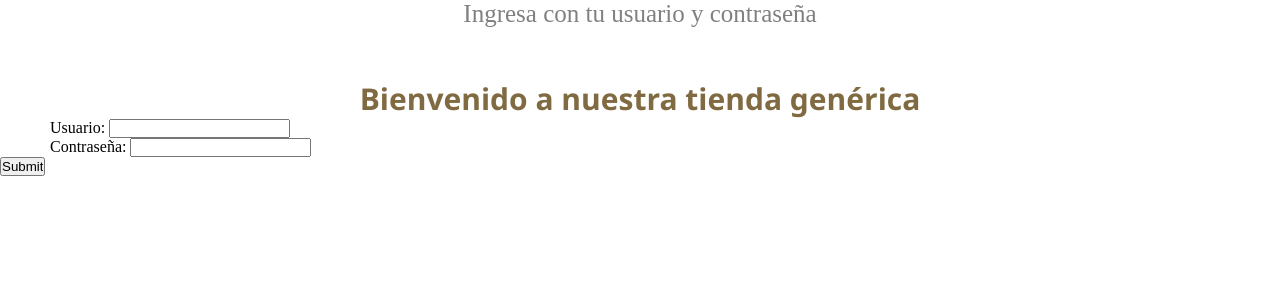
Repository: andresrojas686/tiendaGenericaMintic
Page: primerJSP/src/main/webapp/index.html
These files come from the project's save history. The page is drawn as it stood at one moment and after the next save; the edit follows.
The browser window is 1280 px wide. The pictures show the whole page.

Above is the page before, as saved 2021-09-15 01:21:45.

### primerJSP/src/main/webapp/index.html
<!DOCTYPE html>
<html>
<head>
<meta charset="ISO-8859-1">
<link rel="stylesheet" href="style/styles.css">
<title>Tienda generica</title>
</head>
<body>
	<div class="border-top border-bottom py-3">
		<p class="ingresa">Ingresa con tu usuario y contraseña</p>
    </div>
	<h1 class="titulo-tienda">Bienvenido a nuestra tienda genérica</h1>
	<form action="comprobarUsuario.jsp" method="post">
		<div>
			<label>Usuario: </label>
			<input type="text" name="usuario">
		</div>
		<div>
			<label>Contraseña: </label>
			<input type="password" name="pass">
		</div>
		<div>
			<input type="submit">
		</div>
	</form>
</body>
</html>

### primerJSP/src/main/webapp/style/styles.css
@charset "ISO-8859-1";
*{
    margin: 0;
    padding: 0;
}
.titulo-tienda{
  text-align: center;
  margin-top: 50px;
  font-family: 'Segoe UI', Tahoma, Geneva, Verdana, sans-serif;
  font-size: 30px;
  color: #806a41;
}
.ingresa{
  text-align: center;
  font-size: 25px;
  color: grey;
}
form label{
  margin-left: 50px;
  margin-top: 7px;
  margin-bottom: 7px;
}
.usuario{
  display: flex;
}
form label input{
  flex-wrap: wrap;
  width: 75vw;
  height: 35px;
  font-size: 15px;
  /* border-radius: 5px; */
}

.contenedor-botones{
  margin-top: 20px;
  display: flex;
  width: 100%;
}

.botones-usuario{
  margin: 0 auto;
  width: 150px;
  height: 40px;
  color: white;
  border: 2px solid #806a41;
  background-color: #806a41;
  border-radius: 10px;
}
.botones-usuario a{
  color: white;
}
.botones-usuario:hover{
  background-color: white;
  color: #806a41;
  box-shadow: 3px 3px 3px gray;
}
.enlace-usuario{
  text-align: center;
  padding-top: 5px;
  width: 150px;
  height: 40px;
  color: white;
  border: 2px solid #806a41;
  background-color: #806a41;
  border-radius: 10px;
}
.enlace-usuario:hover{
  text-align: center;
  padding-top: 5px;
  width: 150px;
  height: 40px;
  color: white;
  border: 2px solid #806a41;
  background-color: white;
  color: #806a41;
  border-radius: 10px;
}

After the next save:
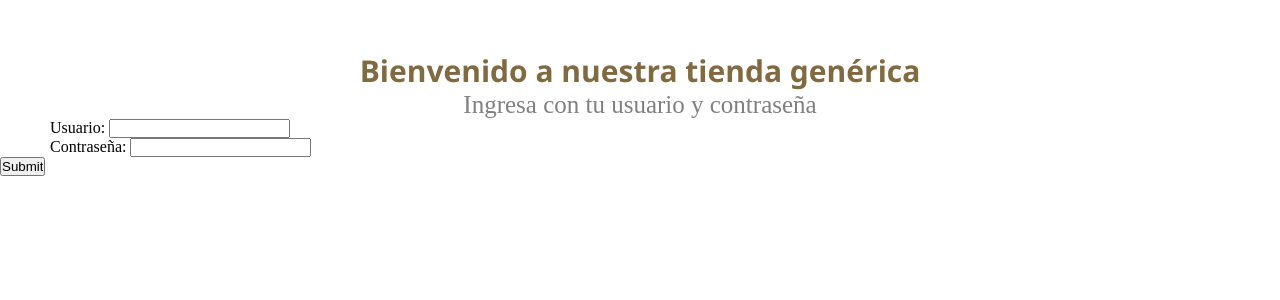
Saved 19 s later.
--- a/primerJSP/src/main/webapp/index.html
+++ b/primerJSP/src/main/webapp/index.html
@@ -6,10 +6,10 @@
 <title>Tienda generica</title>
 </head>
 <body>
+	<h1 class="titulo-tienda">Bienvenido a nuestra tienda genérica</h1>
 	<div class="border-top border-bottom py-3">
 		<p class="ingresa">Ingresa con tu usuario y contraseña</p>
     </div>
-	<h1 class="titulo-tienda">Bienvenido a nuestra tienda genérica</h1>
 	<form action="comprobarUsuario.jsp" method="post">
 		<div>
 			<label>Usuario: </label>
